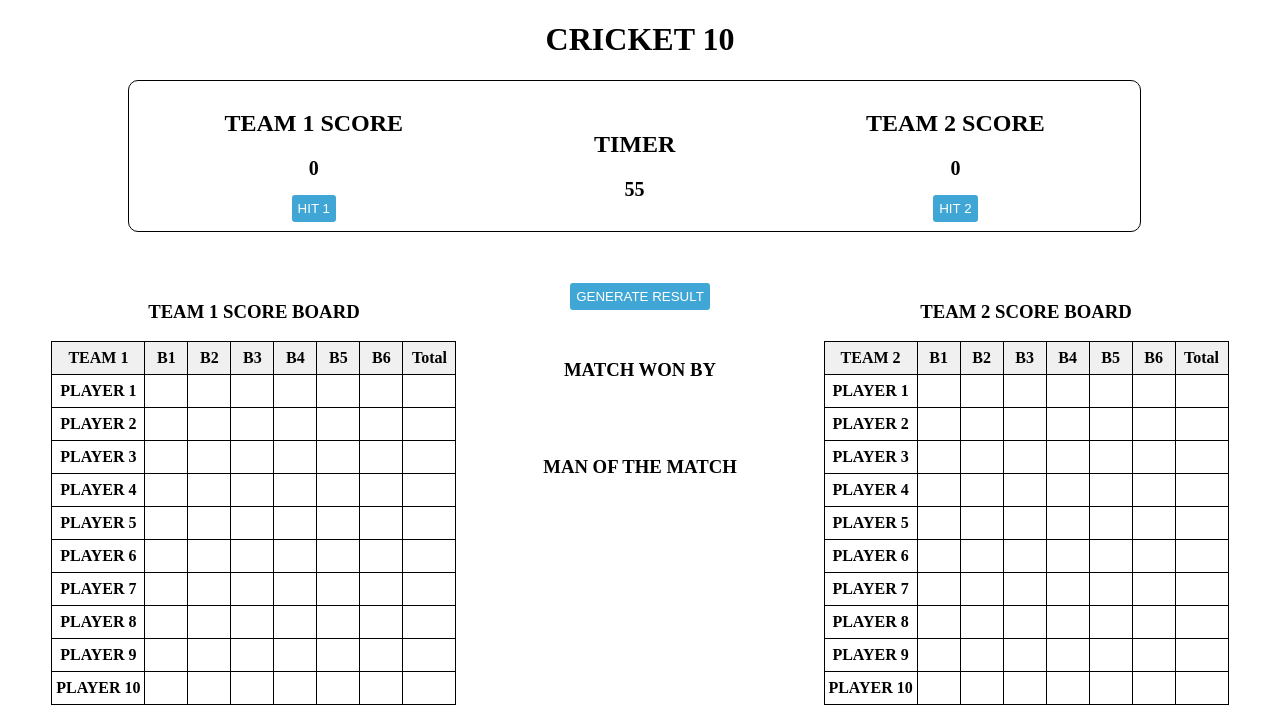
Repository: sm-karthi/GAndG-Cricket-game
Page: index.html
An editor plug-in stored every save of this project. The page is shown before and after a run of saves, followed by the edit.
The browser window is 1280 px wide. The pictures show the whole page.

Above is the page before, as saved 2025-04-28 10:03:20.

After the next 2 saves:
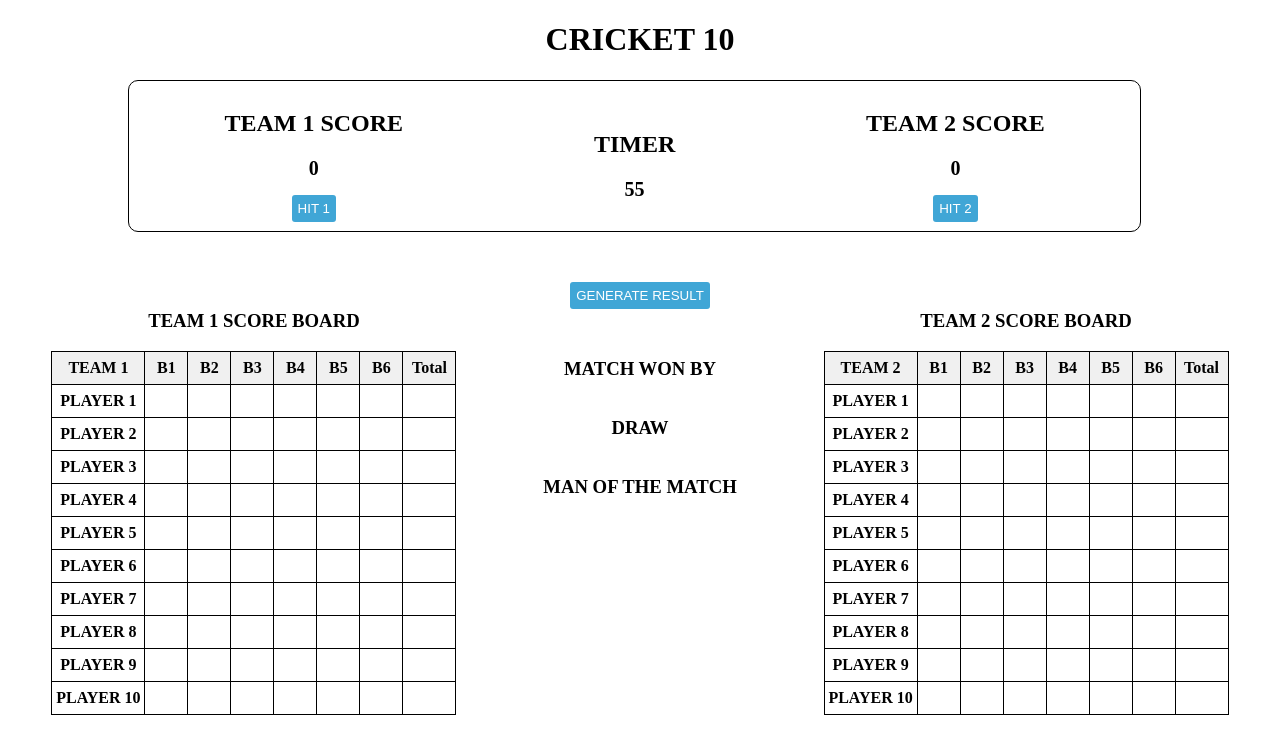
The 2 saves are shown as one change because they came seconds apart.
The last was saved 44 s later.
--- a/index.html
+++ b/index.html
@@ -343,8 +343,7 @@
             }
         };
 
-        resultBtn.onclick = function () {
-            if (team1Total > team2Total) {
+        if (team1Total > team2Total) {
                 matchResult.innerText = "TEAM 1";
             } else if (team2Total > team1Total) {
                 matchResult.innerText = "TEAM 2";
@@ -352,6 +351,9 @@
                 matchResult.innerText = "DRAW";
             }
 
+        resultBtn.onclick = function () {
+
+
             let max1 = 0;
             let max2 = 0;
             let maxPlayer1 = 0;

After the 2 saves that followed:
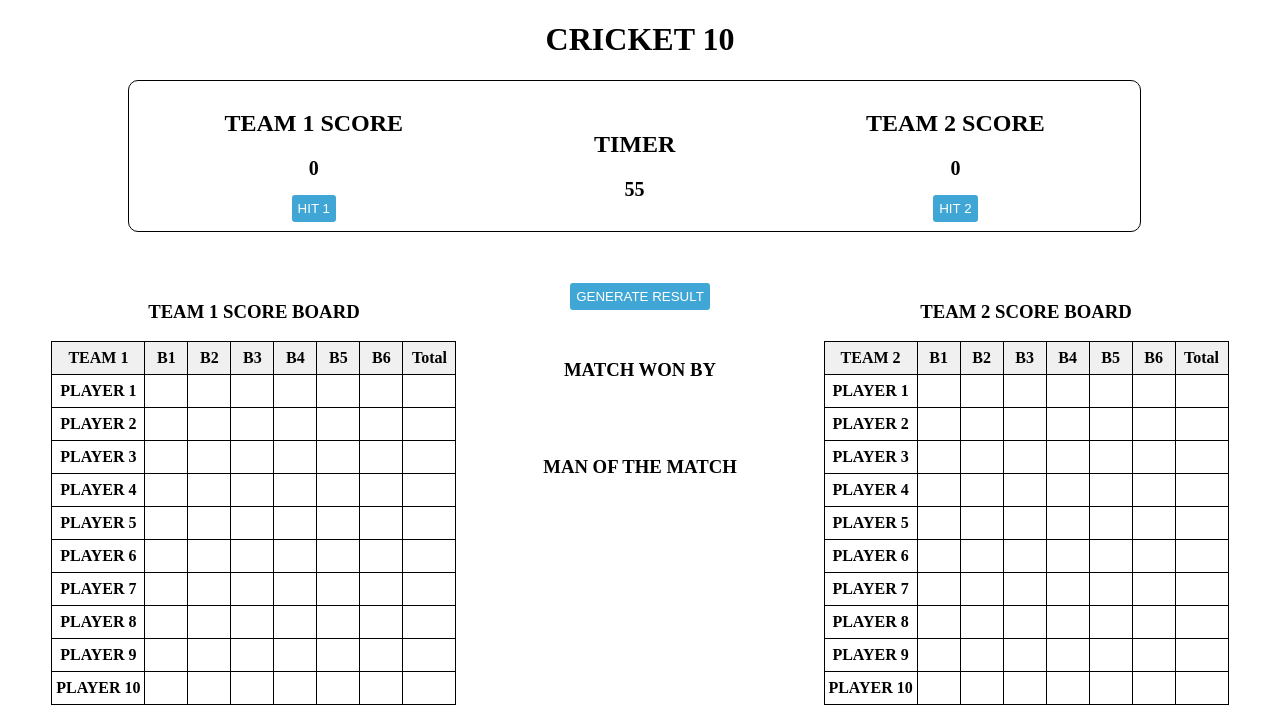
The 2 saves are shown as one change because 1 left the picture as it was.
The last was saved 58 s later.
--- a/index.html
+++ b/index.html
@@ -343,13 +343,9 @@
             }
         };
 
-        if (team1Total > team2Total) {
-                matchResult.innerText = "TEAM 1";
-            } else if (team2Total > team1Total) {
-                matchResult.innerText = "TEAM 2";
-            } else {
-                matchResult.innerText = "DRAW";
-            }
+
+
+
 
         resultBtn.onclick = function () {
 
